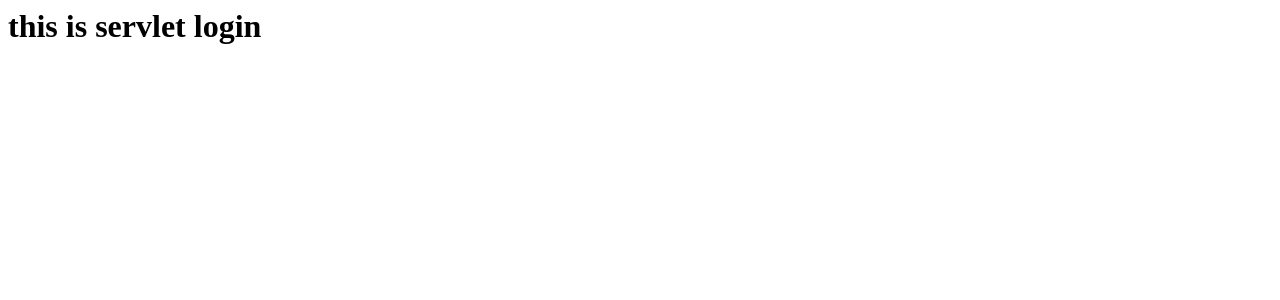
Repository: jks2127/SMS-webApp
Page: http://localhost/sms_1.2/login
These files come from the project's save history. The page is drawn as it stood at one moment and after the next save; the edit follows.
The browser window is 1280 px wide. The pictures show the whole page.
The page is served by Tomcat 9.

Above is the page before, as saved 2021-06-11 11:12:41.

After the next save:
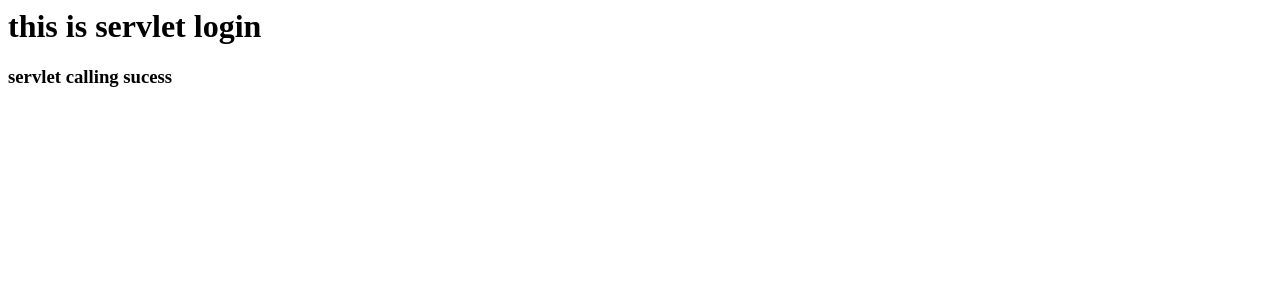
Saved 88 s later.
--- a/sms 1.2/src/com/sms/Login.java
+++ b/sms 1.2/src/com/sms/Login.java
@@ -18,6 +18,7 @@ public class Login extends HttpServlet {
 		PrintWriter out=response.getWriter();
 
 		out.println("<h1>this is servlet login</h2>");
+		out.println("<h3>servlet calling sucess</h3>");
 
 
 	}
